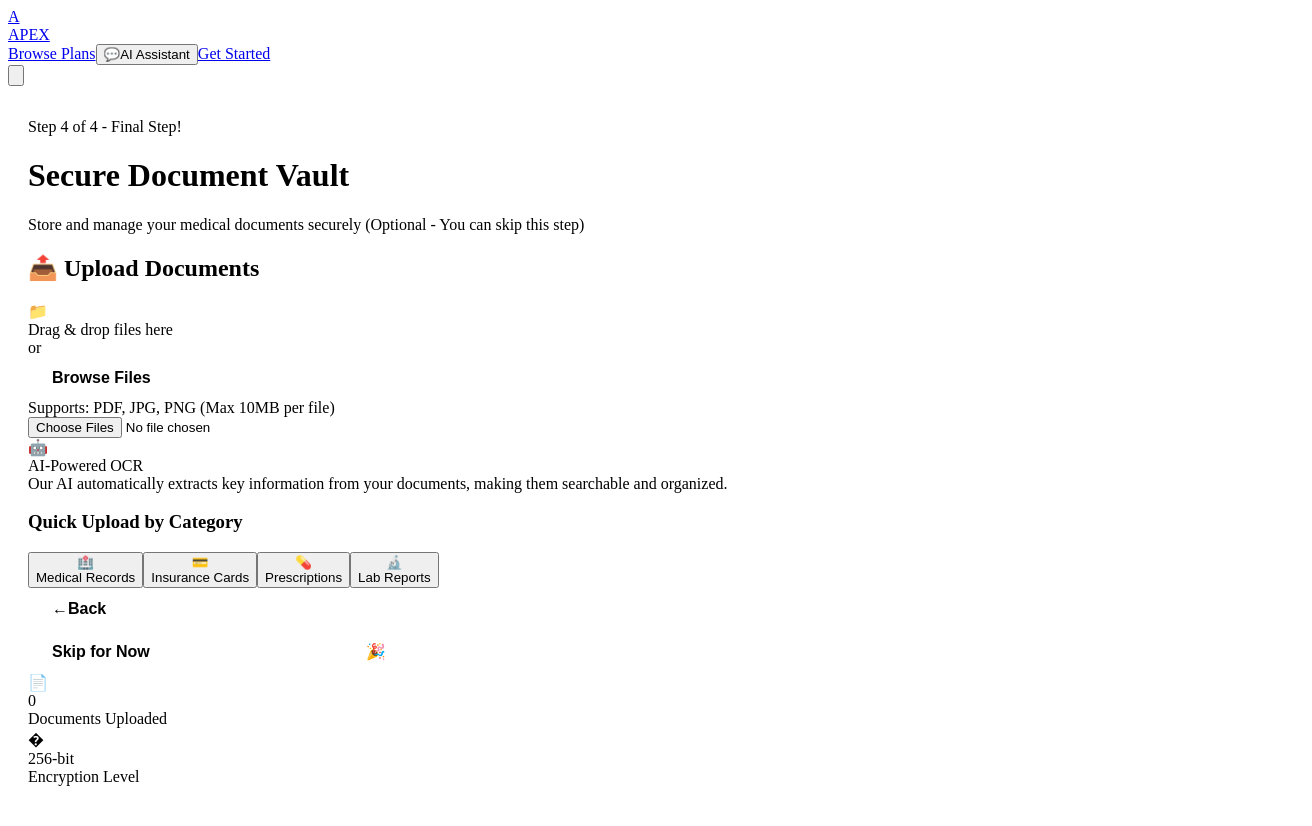
Repository: hmhhmm/Apex-AI-Driven-Insurance-Recommendation-System
Page: /onboarding/documents (app in client/)
The author's editor kept a copy of each file at every save. The page is drawn from the files as they stood at one save, then again after the next save.
The browser window is 1280 px wide. The page is 1312 px wide, so the pictures cover 1312 px, including what lies to the right of the window. The pictures show the whole page.
The project was rebuilt for these pictures with package versions that can differ from the ones it lists, and the page was loaded fresh each time. Also part of the build but not shown: client/src/components/chat/ChatHeader.tsx, client/src/components/chat/ChatMessages.tsx, client/src/components/chat/QuickActions.tsx, client/src/components/chat/ChatInput.tsx, client/src/pages/Landing.tsx, client/src/pages/Dashboard.tsx, client/src/pages/Claims.tsx, client/src/store/cartStore.ts and 9 more.

Above is the page before, as saved 2025-11-01 19:22:32.

### client/index.html
<!DOCTYPE html>
<html lang="en">
  <head>
    <meta charset="UTF-8" />
    <meta name="viewport" content="width=device-width, initial-scale=1.0" />
    <title>APEX</title>
  </head>
  <body>
    <div id="root"></div>
    <script type="module" src="/src/main.tsx"></script>
  </body>
</html>

### client/src/main.tsx
import React from 'react'
import { createRoot } from 'react-dom/client'
import App from './App'
import './styles.css'

const container = document.getElementById('root')!
const root = createRoot(container)
root.render(
  <React.StrictMode>
    <App />
  </React.StrictMode>
)

### client/src/store/authStore.ts
import { create } from 'zustand'
import { persist } from 'zustand/middleware'

interface User {
  id: string
  email: string
  name: string
  hasPurchased: boolean
  activePlans?: any[]
}

interface AuthState {
  user: User | null
  isAuthenticated: boolean
  login: (email: string, password: string) => Promise<void>
  signup: (email: string, password: string, name: string) => Promise<void>
  logout: () => void
}

export const useAuthStore = create<AuthState>()(
  persist(
    (set) => ({
      user: null,
      isAuthenticated: false,

      login: async (email, password) => {
        // Mock login - replace with real API call
        await new Promise(resolve => setTimeout(resolve, 1000))

        const mockUser: User = {
          id: '1',
          email,
          name: email.split('@')[0],
          hasPurchased: false,
        }

        set({ user: mockUser, isAuthenticated: true })
      },

      signup: async (email, password, name) => {
        // Mock signup - replace with real API call
        await new Promise(resolve => setTimeout(resolve, 1000))

        const mockUser: User = {
          id: Math.random().toString(36).substr(2, 9),
          email,
          name,
          hasPurchased: false,
        }

        set({ user: mockUser, isAuthenticated: true })
      },

      logout: () => {
        set({ user: null, isAuthenticated: false })
      },
    }),
    {
      name: 'apex-auth',
    }
  )
)

### client/src/hooks/useChatPanel.ts
import { useEffect } from 'react'
import { useLocation } from 'react-router-dom'
import { useChatPanelStore } from '../store/chatPanelStore'

export const useChatPanel = () => {
  const location = useLocation()
  const {
    isOpen,
    messages,
    isTyping,
    openChat,
    closeChat,
    toggleChat,
    sendMessage,
    setContext,
    markAsRead
  } = useChatPanelStore()

  // Update context when route changes
  useEffect(() => {
    setContext(location.pathname)
  }, [location.pathname, setContext])

  // Get unread message count
  const unreadCount = messages.filter(m => !m.read && m.type === 'bot').length

  return {
    isOpen,
    messages,
    isTyping,
    unreadCount,
    openChat,
    closeChat,
    toggleChat,
    sendMessage,
    markAsRead,
    currentPage: location.pathname,
  }
}

### client/src/hooks/useKeyboardShortcut.ts
import { useEffect } from 'react'

interface KeyboardShortcutOptions {
  key: string
  ctrlKey?: boolean
  metaKey?: boolean
  shiftKey?: boolean
  altKey?: boolean
  callback: () => void
}

export const useKeyboardShortcut = ({
  key,
  ctrlKey = false,
  metaKey = false,
  shiftKey = false,
  altKey = false,
  callback,
}: KeyboardShortcutOptions) => {
  useEffect(() => {
    const handleKeyDown = (event: KeyboardEvent) => {
      // Check if all modifier keys match
      const ctrlMatch = ctrlKey ? event.ctrlKey : !event.ctrlKey
      const metaMatch = metaKey ? event.metaKey : !event.metaKey
      const shiftMatch = shiftKey ? event.shiftKey : !event.shiftKey
      const altMatch = altKey ? event.altKey : !event.altKey

      // Check if key matches (case-insensitive)
      const keyMatch = event.key.toLowerCase() === key.toLowerCase()

      if (keyMatch && ctrlMatch && metaMatch && shiftMatch && altMatch) {
        event.preventDefault()
        callback()
      }
    }

    window.addEventListener('keydown', handleKeyDown)
    return () => window.removeEventListener('keydown', handleKeyDown)
  }, [key, ctrlKey, metaKey, shiftKey, altKey, callback])
}

// Specific hook for chat toggle (Cmd/Ctrl + K)
export const useChatToggleShortcut = (callback: () => void) => {
  useKeyboardShortcut({
    key: 'k',
    ctrlKey: true,
    metaKey: true, // Works for both Ctrl (Windows) and Cmd (Mac)
    callback,
  })
}

// Specific hook for closing chat (Escape)
export const useEscapeKey = (callback: () => void) => {
  useKeyboardShortcut({
    key: 'Escape',
    callback,
  })
}

### client/src/components/chat/ChatPanel.tsx
import { motion, AnimatePresence } from 'framer-motion'
import { useChatPanel } from '../../hooks/useChatPanel'
import { useEscapeKey } from '../../hooks/useKeyboardShortcut'
import ChatHeader from './ChatHeader'
import ChatMessages from './ChatMessages'
import QuickActions from './QuickActions'
import ChatInput from './ChatInput'

const ChatPanel = () => {
  const { isOpen, closeChat } = useChatPanel()

  // Close chat on Escape key
  useEscapeKey(closeChat)

  return (
    <AnimatePresence>
      {isOpen && (
        <>
          {/* Optional backdrop for focus - uncomment if desired */}
          {/* <motion.div
            initial={{ opacity: 0 }}
            animate={{ opacity: 1 }}
            exit={{ opacity: 0 }}
            onClick={closeChat}
            className="fixed inset-0 bg-black/20 z-30"
          /> */}

          {/* Chat Panel - Desktop */}
          <motion.aside
            initial={{ x: '100%' }}
            animate={{ x: 0 }}
            exit={{ x: '100%' }}
            transition={{
              type: 'spring',
              damping: 30,
              stiffness: 300,
              mass: 0.8
            }}
            className="hidden md:flex fixed right-0 top-16 h-[calc(100vh-4rem)] w-[25%] min-w-[300px] max-w-[500px] bg-zinc-950 border-l border-zinc-800 shadow-2xl shadow-black/50 z-40 flex-col"
          >
            <ChatHeader />
            <ChatMessages />
            <QuickActions />
            <ChatInput />
          </motion.aside>

          {/* Chat Panel - Mobile (Full Screen Overlay) */}
          <motion.div
            initial={{ y: '100%' }}
            animate={{ y: 0 }}
            exit={{ y: '100%' }}
            transition={{
              type: 'spring',
              damping: 30,
              stiffness: 300
            }}
            className="md:hidden fixed inset-0 top-16 bg-zinc-950 z-40 flex flex-col"
          >
            <ChatHeader />
            <ChatMessages />
            <QuickActions />
            <ChatInput />
          </motion.div>
        </>
      )}
    </AnimatePresence>
  )
}

export default ChatPanel

### client/src/pages/onboarding/DocumentVault/index.tsx
import { useState, useRef } from 'react'
import { motion, AnimatePresence } from 'framer-motion'
import { useNavigate } from 'react-router-dom'
import { useOnboardingStore, type DocumentVaultData } from '../../../store/onboardingStore'

interface UploadedDoc {
  id: string
  name: string
  type: 'medical' | 'insurance' | 'prescription' | 'lab-report'
  uploadDate: string
  url: string
  size: number
}

export default function DocumentVault() {
  const navigate = useNavigate()
  const { saveDocumentVault, completeOnboarding, goToPreviousStep } = useOnboardingStore()
  const [uploadedDocs, setUploadedDocs] = useState<UploadedDoc[]>([])
  const [isDragging, setIsDragging] = useState(false)
  const fileInputRef = useRef<HTMLInputElement>(null)

  const docTypes = [
    { id: 'medical', label: 'Medical Records', icon: '🏥', color: 'blue' },
    { id: 'insurance', label: 'Insurance Cards', icon: '💳', color: 'purple' },
    { id: 'prescription', label: 'Prescriptions', icon: '💊', color: 'green' },
    { id: 'lab-report', label: 'Lab Reports', icon: '🔬', color: 'pink' }
  ]

  const handleFileUpload = async (files: FileList | null, type: string) => {
    if (!files) return

    // Validate files
    const validFiles = Array.from(files).filter(file => {
      const isValidType = file.type === 'application/pdf' ||
                          file.type.startsWith('image/jpeg') ||
                          file.type.startsWith('image/jpg') ||
                          file.type.startsWith('image/png')
      const isValidSize = file.size <= 10 * 1024 * 1024 // 10MB

      if (!isValidType) {
        alert(`${file.name} is not a supported file type. Please upload PDF, JPG, or PNG files.`)
        return false
      }
      if (!isValidSize) {
        alert(`${file.name} is too large. Maximum file size is 10MB.`)
        return false
      }
      return true
    })

    const newDocs: UploadedDoc[] = validFiles.map(file => ({
      id: Math.random().toString(36).substr(2, 9),
      name: file.name,
      type: type as any,
      uploadDate: new Date().toISOString(),
      url: URL.createObjectURL(file),
      size: file.size
    }))

    setUploadedDocs(prev => [...prev, ...newDocs])
  }

  const handleDrop = (e: React.DragEvent) => {
    e.preventDefault()
    setIsDragging(false)
    handleFileUpload(e.dataTransfer.files, 'medical')
  }

  const handleCategoryUpload = (categoryType: string) => {
    const input = document.createElement('input')
    input.type = 'file'
    input.multiple = true
    input.accept = '.pdf,.jpg,.jpeg,.png'
    input.onchange = (e) => {
      const files = (e.target as HTMLInputElement).files
      handleFileUpload(files, categoryType)
    }
    input.click()
  }

  const handleComplete = async () => {
    saveDocumentVault({
      uploadedDocs,
      connectedProviders: []
    })
    completeOnboarding()
    navigate('/dashboard')
  }

  const handleBack = () => {
    goToPreviousStep()
    navigate('/onboarding/dna-test')
  }

  return (
    <div className="min-h-screen bg-black py-12">
      <div className="max-w-6xl mx-auto px-4 sm:px-6 lg:px-8">

        {/* Header */}
        <motion.div
          initial={{ opacity: 0, y: 20 }}
          animate={{ opacity: 1, y: 0 }}
          className="text-center mb-12"
        >
          <div className="inline-block mb-4">
            <span className="px-4 py-2 bg-blue-950/50 text-blue-400 rounded-full text-sm font-semibold border border-blue-800/30">
              Step 4 of 4 - Final Step!
            </span>
          </div>
          <h1 className="text-4xl md:text-5xl font-bold mb-4">
            <span className="text-gradient">Secure Document Vault</span>
          </h1>
          <p className="text-xl text-gray-400 max-w-2xl mx-auto">
            Store and manage your medical documents securely (Optional - You can skip this step)
          </p>

          {/* Progress Bar */}
          <div className="mt-8 w-full bg-zinc-900 rounded-full h-2">
            <div className="bg-gradient-to-r from-blue-600 to-purple-600 h-2 rounded-full transition-all duration-500" style={{ width: '100%' }}></div>
          </div>
        </motion.div>

        {/* Upload Content */}
        <motion.div
          initial={{ opacity: 0, y: 20 }}
          animate={{ opacity: 1, y: 0 }}
          transition={{ delay: 0.2 }}
          className="space-y-6"
        >
              {/* Drag & Drop Zone */}
              <div className="card">
                <h2 className="text-2xl font-bold text-white mb-6 flex items-center gap-2">
                  <span>📤</span> Upload Documents
                </h2>

                <div
                  onDrop={handleDrop}
                  onDragOver={(e) => { e.preventDefault(); setIsDragging(true); }}
                  onDragLeave={() => setIsDragging(false)}
                  className={`border-2 border-dashed rounded-xl p-12 text-center transition-all duration-300 ${
                    isDragging
                      ? 'border-blue-500 bg-blue-950/30'
                      : 'border-zinc-700 hover:border-zinc-600'
                  }`}
                >
                  <div className="text-5xl mb-4">📁</div>
                  <div className="text-lg font-semibold text-white mb-2">
                    Drag & drop files here
                  </div>
                  <div className="text-sm text-gray-400 mb-4">or</div>
                  <button
                    type="button"
                    onClick={() => fileInputRef.current?.click()}
                    className="btn-secondary"
                  >
                    Browse Files
                  </button>
                  <div className="text-xs text-gray-500 mt-4">
                    Supports: PDF, JPG, PNG (Max 10MB per file)
                  </div>

                  <input
                    ref={fileInputRef}
                    type="file"
                    multiple
                    accept=".pdf,.jpg,.jpeg,.png"
                    onChange={(e) => handleFileUpload(e.target.files, 'medical')}
                    className="hidden"
                  />
                </div>

                {/* OCR Feature Highlight */}
                <div className="mt-6 p-4 bg-purple-950/20 rounded-lg border border-purple-800/30">
                  <div className="flex items-start gap-3">
                    <span className="text-2xl">🤖</span>
                    <div>
                      <div className="font-semibold text-white mb-1">AI-Powered OCR</div>
                      <div className="text-sm text-gray-400">
                        Our AI automatically extracts key information from your documents,
                        making them searchable and organized.
                      </div>
                    </div>
                  </div>
                </div>
              </div>

              {/* Quick Category Upload */}
              <div className="card">
                <h3 className="font-bold text-white mb-4">Quick Upload by Category</h3>
                <div className="grid md:grid-cols-4 gap-4">
                  {docTypes.map((type) => (
                    <button
                      key={type.id}
                      onClick={() => fileInputRef.current?.click()}
                      className="p-4 bg-zinc-900 hover:bg-zinc-800 rounded-xl border border-zinc-800 hover:border-blue-500 text-center transition-all duration-300"
                    >
                      <div className="text-3xl mb-2">{type.icon}</div>
                      <div className="text-sm font-medium text-white">{type.label}</div>
                    </button>
                  ))}
                </div>
              </div>

              {/* Uploaded Files List */}
              {uploadedDocs.length > 0 && (
                <div className="card">
                  <h3 className="font-bold text-white mb-4 flex items-center justify-between">
                    <span>📋 Uploaded Files ({uploadedDocs.length})</span>
                    <button
                      onClick={() => setUploadedDocs([])}
                      className="text-sm text-red-400 hover:text-red-300"
                    >
                      Clear All
                    </button>
                  </h3>
                  <div className="space-y-3">
                    {uploadedDocs.map((doc) => (
                      <motion.div
                        key={doc.id}
                        initial={{ opacity: 0, y: 10 }}
                        animate={{ opacity: 1, y: 0 }}
                        className="flex items-center justify-between p-4 bg-zinc-900 rounded-lg border border-zinc-800 hover:border-zinc-700 transition-all"
                      >
                        <div className="flex items-center gap-4 flex-1">
                          <div className="text-3xl">
                            {docTypes.find(t => t.id === doc.type)?.icon || '📄'}
                          </div>
                          <div className="flex-1 min-w-0">
                            <div className="font-medium text-white truncate">{doc.name}</div>
                            <div className="text-sm text-gray-400">
                              {(doc.size / 1024).toFixed(2)} KB • {new Date(doc.uploadDate).toLocaleDateString()} {new Date(doc.uploadDate).toLocaleTimeString()}
                            </div>
                          </div>
                        </div>
                        <div className="flex items-center gap-2">
                          <a
                            href={doc.url}
                            target="_blank"
                            rel="noopener noreferrer"
                            className="px-3 py-2 text-blue-400 hover:text-blue-300 hover:bg-blue-950/30 rounded-lg transition-all"
                          >
                            👁️ View
                          </a>
                          <button
                            onClick={() => setUploadedDocs(prev => prev.filter(d => d.id !== doc.id))}
                            className="px-3 py-2 text-red-400 hover:text-red-300 hover:bg-red-950/30 rounded-lg transition-all"
                          >
                            🗑️ Delete
                          </button>
                        </div>
                      </motion.div>
                    ))}
                  </div>
                </div>
              )}
            </motion.div>

        {/* Navigation */}
        <motion.div
          initial={{ opacity: 0 }}
          animate={{ opacity: 1 }}
          transition={{ delay: 0.3 }}
          className="flex justify-between items-center mt-12"
        >
          <button
            onClick={handleBack}
            className="btn-secondary flex items-center gap-2"
          >
            <span>←</span>
            Back
          </button>

          <div className="flex gap-4">
            <button
              onClick={handleComplete}
              className="btn-secondary"
            >
              Skip for Now
            </button>

            <button
              onClick={handleComplete}
              className="btn-primary flex items-center gap-2"
            >
              Complete Onboarding
              <span>🎉</span>
            </button>
          </div>
        </motion.div>

        {/* Stats */}
        <motion.div
          initial={{ opacity: 0 }}
          animate={{ opacity: 1 }}
          transition={{ delay: 0.4 }}
          className="mt-12 grid md:grid-cols-2 gap-6"
        >
          <div className="card text-center">
            <div className="text-4xl mb-2">📄</div>
            <div className="text-3xl font-bold text-white">{uploadedDocs.length}</div>
            <div className="text-sm text-gray-500">Documents Uploaded</div>
          </div>
          <div className="card text-center">
            <div className="text-4xl mb-2">�</div>
            <div className="text-3xl font-bold text-white">256-bit</div>
            <div className="text-sm text-gray-500">Encryption Level</div>
          </div>
        </motion.div>
      </div>
    </div>
  )
}

### client/src/components/chat/ChatToggleButton.tsx
import { useChatPanel } from '../../hooks/useChatPanel'

const ChatToggleButton = () => {
  const { isOpen, toggleChat, unreadCount } = useChatPanel()

  return (
    <button
      onClick={toggleChat}
      className="relative flex items-center gap-2 px-4 py-2 bg-gradient-to-r from-blue-600 to-purple-600 text-white rounded-lg hover:shadow-lg hover:shadow-blue-500/50 transition-all duration-300"
      title="Toggle AI Assistant (Cmd/Ctrl + K)"
    >
      <span className="text-xl">💬</span>
      <span className="hidden sm:inline font-medium">AI Assistant</span>

      {!isOpen && unreadCount > 0 && (
        <span className="absolute -top-1 -right-1 w-5 h-5 bg-red-500 rounded-full text-xs flex items-center justify-center font-bold animate-pulse">
          {unreadCount}
        </span>
      )}
    </button>
  )
}

export default ChatToggleButton

Loaded but not shown: client/src/styles.css (704 lines, source omitted); client/src/components/layout/Navigation.tsx (172 lines, source omitted); client/src/store/chatPanelStore.ts (182 lines, source omitted); client/src/store/onboardingStore.ts (165 lines, source omitted); client/src/App.tsx (89 lines, source omitted)

After the next save:
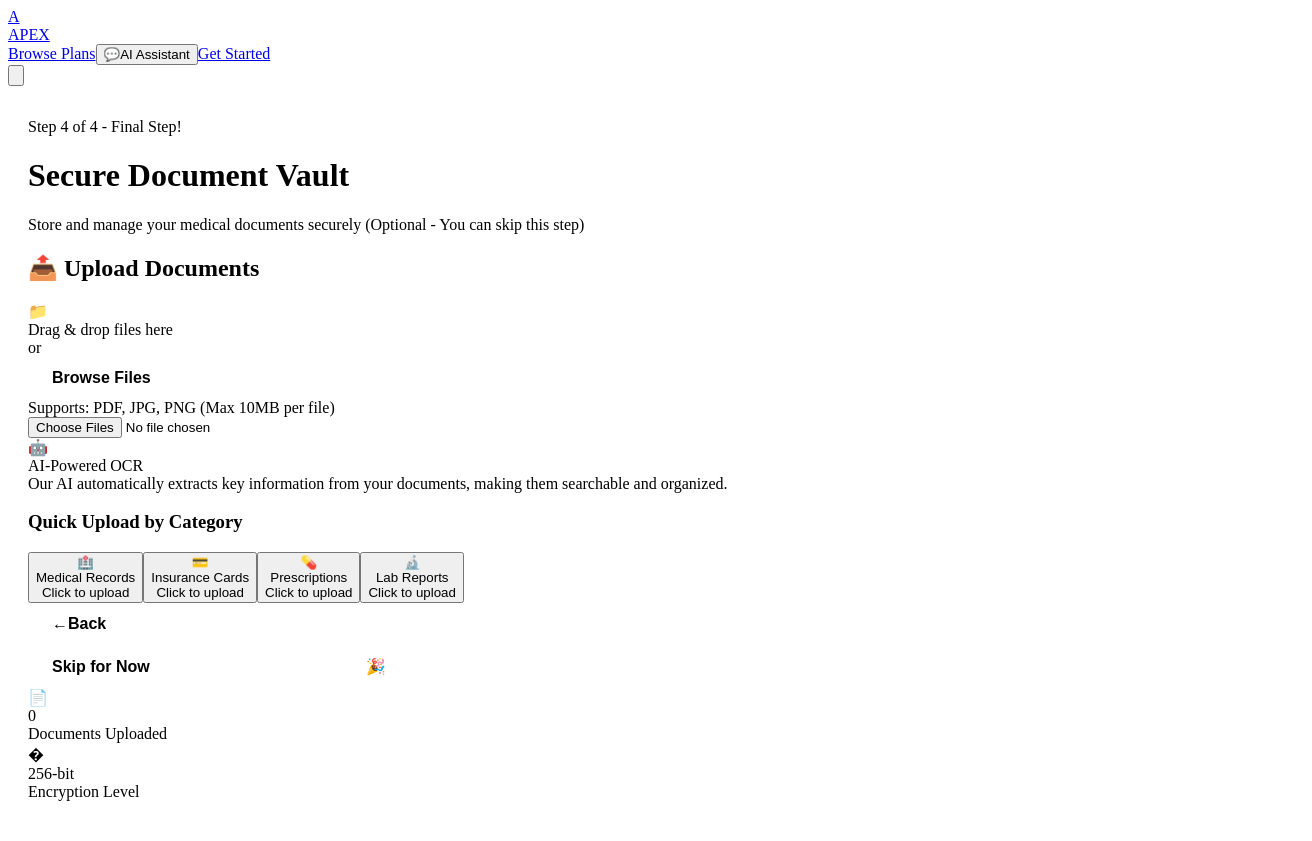
Saved 87 s later.
--- a/client/src/pages/onboarding/DocumentVault/index.tsx
+++ b/client/src/pages/onboarding/DocumentVault/index.tsx
@@ -191,11 +191,12 @@ export default function DocumentVault() {
                   {docTypes.map((type) => (
                     <button
                       key={type.id}
-                      onClick={() => fileInputRef.current?.click()}
-                      className="p-4 bg-zinc-900 hover:bg-zinc-800 rounded-xl border border-zinc-800 hover:border-blue-500 text-center transition-all duration-300"
+                      onClick={() => handleCategoryUpload(type.id)}
+                      className="p-4 bg-zinc-900 hover:bg-zinc-800 rounded-xl border border-zinc-800 hover:border-blue-500 text-center transition-all duration-300 group"
                     >
-                      <div className="text-3xl mb-2">{type.icon}</div>
+                      <div className="text-3xl mb-2 group-hover:scale-110 transition-transform">{type.icon}</div>
                       <div className="text-sm font-medium text-white">{type.label}</div>
+                      <div className="text-xs text-gray-500 mt-1">Click to upload</div>
                     </button>
                   ))}
                 </div>
